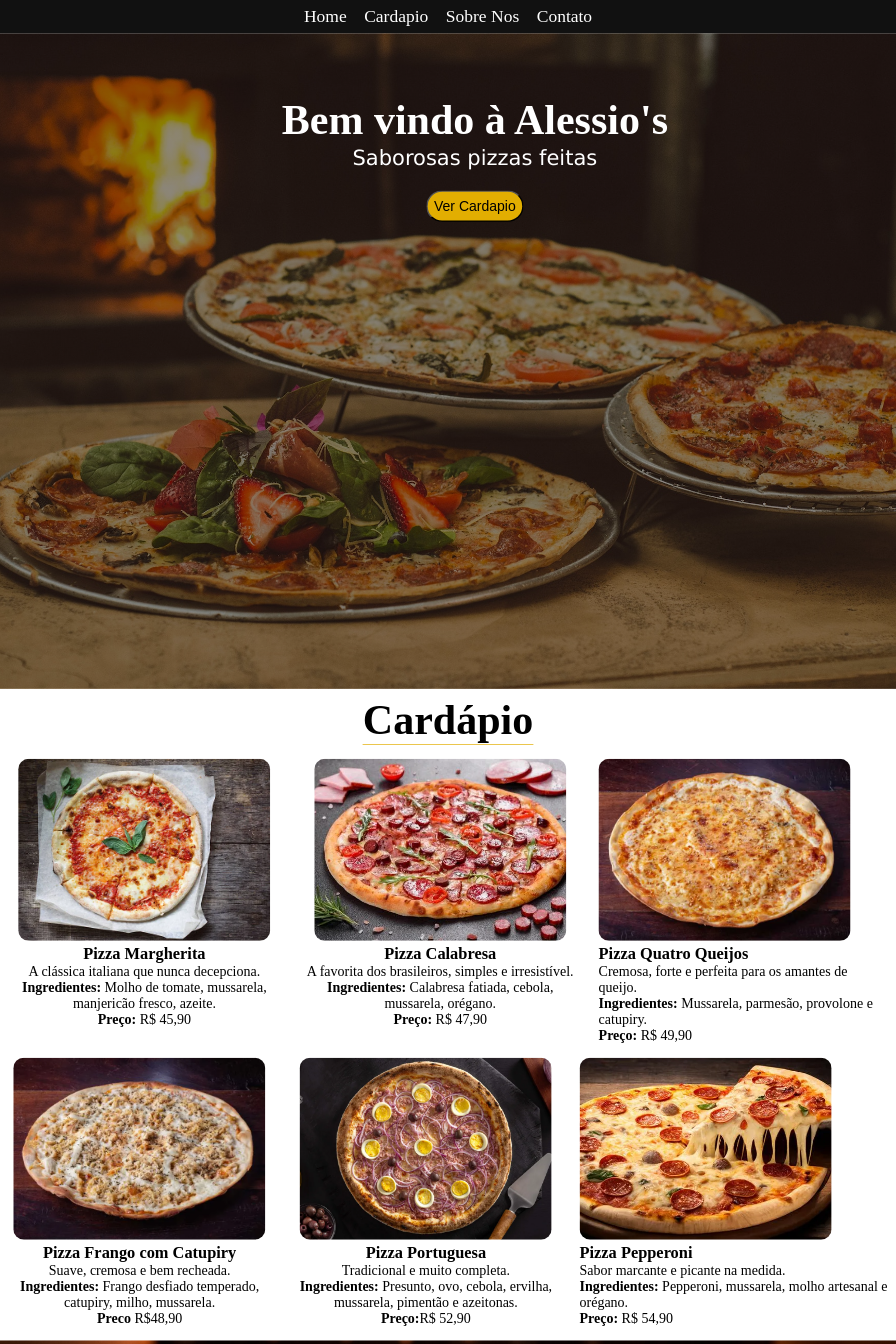
Repository: Mateushlp/landing-page-pizza
Page: index.html
The author's editor kept a copy of each file at every save. The page is drawn from the files as they stood at one save, then again after the next save.
The browser window is 1280 px wide. The pictures show the part of the page from y = 0 to 1920 px (the page is 2788 px tall), at 70% of full size.

Above is the page before, as saved 2026-05-03 10:39:53.

### index.html
<!DOCTYPE html>
<html lang="en">
<head>
    <meta charset="UTF-8">
    <meta name="viewport" content="width=device-width, initial-scale=1.0">
    <link rel="stylesheet" href="style.css">
    <title>Document</title>
</head>
<body>
    <header>
        <nav>
            <ul>
                <li> <a href="http://"> Home</li></a>
                <li> <a href="http://">Cardapio</li></a>
                <li> <a href="http://">Sobre Nos</li></a>
                <li> <a href="http://">Contato</li></a>
            </ul>
        </nav>
    </header>

    <section class="inicio">
        <div class="texto">
        <h1>Bem vindo à Alessio's</h1>
        <p>Saborosas pizzas feitas </p>
        <button class="btn1">Ver Cardapio</button>
        </div>
    </section>

    <section class="cardapio">
        <h2 class="cardapio1">Cardápio</h2>
    </section>

    <div class="prato">
        <div class="pratos1">
            <img src="./img/margherita-pizza.jpg" alt="">
            <h3>Pizza Margherita</h3>
            <p> A clássica italiana que nunca decepciona. <br>
          <strong>Ingredientes:</strong>  Molho de tomate, mussarela, manjericão fresco, azeite. <br>
        <strong>Preço:</strong> R$ 45,90
    </p>
        </div>
            <div class="pratos2">
                <img src="./img/3140217-pizza-calabresa.jpg" alt="">
                <h3>Pizza Calabresa</h3>
                <p>A favorita dos brasileiros, simples e irresistível. <br>
                <strong>Ingredientes:</strong> Calabresa fatiada, cebola, mussarela, orégano. <br>
                    <strong>Preço:</strong> R$ 47,90
            </p>
            </div>
                <div class="pratos3">
                    <img src="./img/Quatro-Queijos.jpg" alt="">
                    <h3>Pizza Quatro Queijos</h3>
                    <p>Cremosa, forte e perfeita para os amantes de queijo. <br>
                    <strong>Ingredientes:</strong>  Mussarela, parmesão, provolone e catupiry. <br>
                        <strong>Preço: </strong>R$ 49,90
                </p>
                </div>
                </div>

                <div class="prato2">
                <div class="pratos1">
                    <img src="./img/Frango-com-Catupiry-2.jpg" alt="">
                    <h3>Pizza Frango com Catupiry</h3>
                    <p>Suave, cremosa e bem recheada. <br>
                   <strong>Ingredientes:</strong> Frango desfiado temperado, catupiry, milho, mussarela. <br>
                   <strong>Preco </strong> R$48,90
                </p>
                </div>
                <div class="pratos2">
                    <img src="./img/pizza-portuguesa.jpg" alt="">
                    <h3>Pizza Portuguesa</h3>
                    <p>Tradicional e muito completa. <br>
                   <strong>Ingredientes:</strong>  Presunto, ovo, cebola, ervilha, mussarela, pimentão e azeitonas. <br>
                    <strong>Preço:</strong>R$ 52,90
                </p>
                </div>
                <div class="pratos3">
                    <img src="./img/the-pepperoni-pizza-and-a-piece-of-streched-cheese-pizza-with-ai-generated-free-photo.jpg" alt="">
                    <h3>Pizza Pepperoni</h3>
                    <p>Sabor marcante e picante na medida. <br>
                  <strong>Ingredientes:</strong>   Pepperoni, mussarela, molho artesanal e orégano. <br>
                <strong>Preço:</strong> R$ 54,90</p>

                </div>
                </div>
                </div>




    <section class="sobre">
        <div class="sobre1">
        <h2>Sobre nos</h2>
        <p>Nossa pizzaria e dedicada a criar as melhores pizzas do mundo com ingrendientes frescos e receitas exclusivas</p>
    </div>
    </section>

<section id="contato" class="contato">
    <h2>Contato</h2>

    <div class="contato-info">
        <div class="box">
            <h3>Telefone</h3>
            <p>(35) 99744-0140</p>
        </div>

        <div class="box">
            <h3>Endereço</h3>
            <p>Rua Tal Tal, Nº 123 , Centro , Lavras/MG</p>
        </div>

        <div class="box">
            <h3>Email</h3>
            <p>mateus@gmail.com</p>
        </div>
            <div class="box">
                <h3>Hórario de Funcionamento</h3>
                <p>Segunda a Sábado 11h00 às 23h00 - Domingo: 16h00 às 23H00</p>
            </div>
    </div>
</section>
        <div class="pedir">
        <button class="btn2">Peca Agora Mesmo!</button>
        </div>


    <footer>
        <h2>&copy; 2025 Alessio's Pizzaria</h2>
    </footer>

</body>
</html>

### style.css
*{
    margin:0;
    padding: 0;
    box-sizing: border-box;
}

nav ul {
    display: flex;
    gap: 25px;
    list-style: none;
    justify-content: center;
    font-size: 25px;
    padding: 10px;
    background-color: #111;
}

nav ul a{
    text-decoration: none;
    color: #fff;
    margin-top: 10px;
}

nav ul a:hover{
    border-radius: 20px;
    background-color: black;
    color: #af8600;
}

.inicio{
   background:
    linear-gradient(rgba(0, 0, 0, 0.45), rgba(0,0,0,0.45)),
    url(./img/background-meio.jpg);
    background-size: cover;
    background-position: center;
    height: 130vh;
}

.texto{
    display: flex;
    flex-direction: column;
    align-items: center;
    color: #fff;
    padding-top: 7%;
    padding-left: 6%;
    font-size: 40px;
}
.texto p{
    font-family: 'Lucida Sans', 'Lucida Sans Regular', 'Lucida Grande', 'Lucida Sans Unicode', Geneva, Verdana, sans-serif;
    font-size: 30px;

}
.btn1{
 background-color: #e2ae01;
 border-radius: 30px;
 font-size: 20px;
 margin-top: 30px;
 padding: 9px;
 cursor:pointer;
}
.cardapio{
    text-align: center;
    padding: 10px;
    font-size: 40px;
}
.cardapio1{
    display: inline-block;
    border-bottom: 1px solid #e2ae01;
}
.prato{
    margin: 10px;
    display: flex;
    gap: 30px;
    font-size: 20px;
    margin-bottom: 20px;
}

.prato2{
    margin: 10px;
    display: flex;
    gap: 30px;
    font-size: 20px;
    margin-bottom: 20px;
}


.prato img,
.prato2 img {
    width: 50vh;
    height: 260px;
    object-fit: cover;
    border-radius: 15px;
}
.pratos1,
.pratos2 {
    width: 35%;
    text-align: center;
}

.sobre{
    background-image: url(./img/background.jpg);
    background-size: cover;
    background-position: center;
    height: 50vh;
}
.sobre1{
    display: flex;
    align-items: center;
    padding-top: 40px;
    font-size: 30px;
    flex-direction: column;
    color: #fff;
}
.sobre1 p{
    font-size: 20px;
}

.contato {
    padding: 50px 0;
    text-align: center;
}

.contato-info {
    display: flex;
    justify-content: center;
    gap: 60px;
    margin-top: 20px;
    flex-wrap: wrap;
}

.contato-info .box {

    padding: 20px 30px;
    border-radius: 15px;

}

.contato-info h3 {
    font-size: 24px;
    color: #af8600;
}

.contato-info p {
    font-size: 18px;
    color: #000;
}

.pedir{
    display: flex;
    justify-content: center;
    align-items: center;
    text-align: center;
}
.btn2{
     background-color: #e2ae01;
 border-radius: 30px;
 font-size: 20px;
 margin-bottom: 20px;
 padding: 9px;
 cursor:pointer;

}
footer{
      background-color: #1a1a1a;
      color: #d4af37;
  text-align: center;
  padding: 20px;
  font-size: 14px;
}

After the next save:
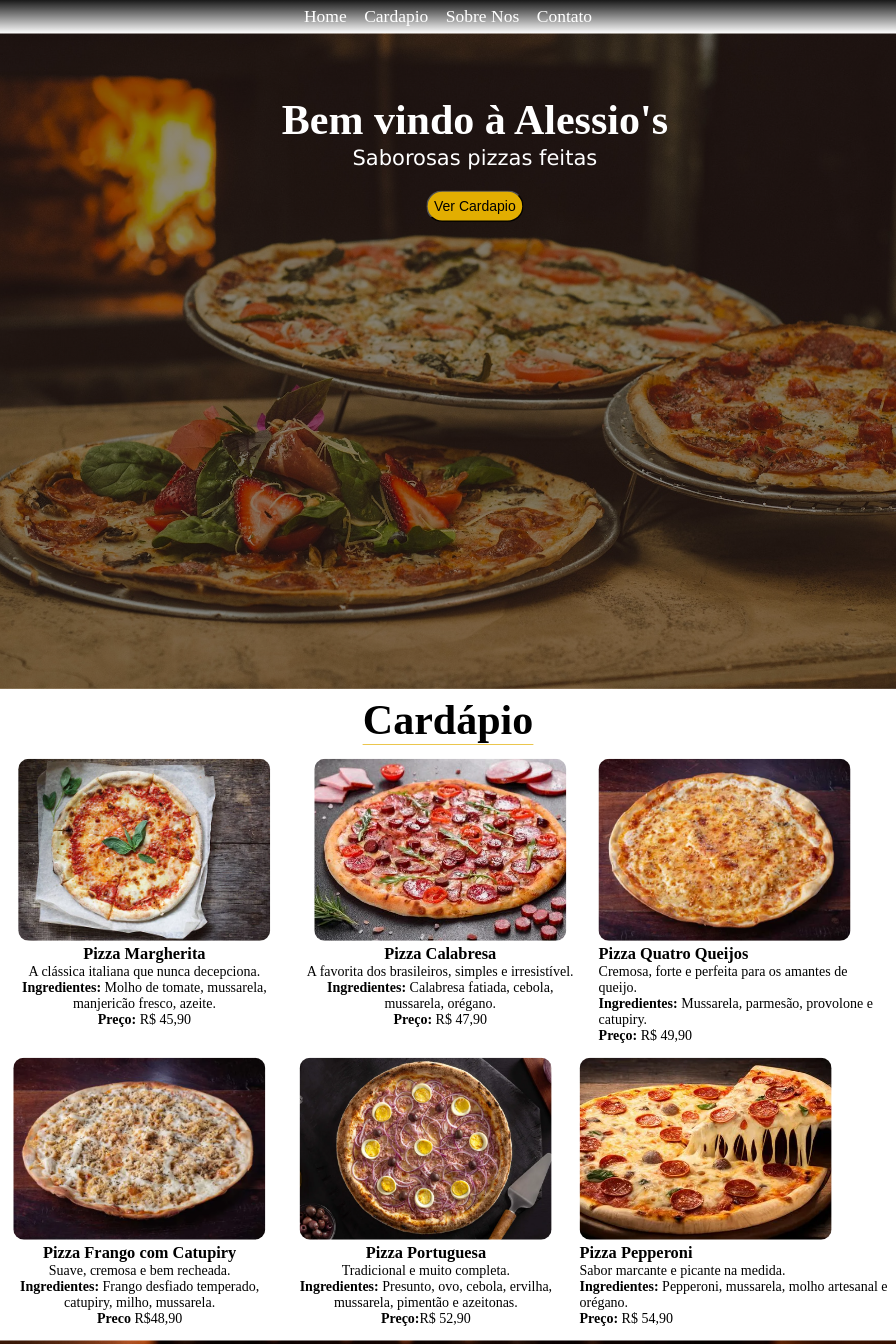
Saved 77 s later.
--- a/style.css
+++ b/style.css
@@ -11,7 +11,7 @@ nav ul {
     justify-content: center;
     font-size: 25px;
     padding: 10px;
-    background-color: #111;
+     background: linear-gradient(to bottom, rgba(0,0,0,0.9), rgba(0,0,0,0));
 }
 
 nav ul a{
